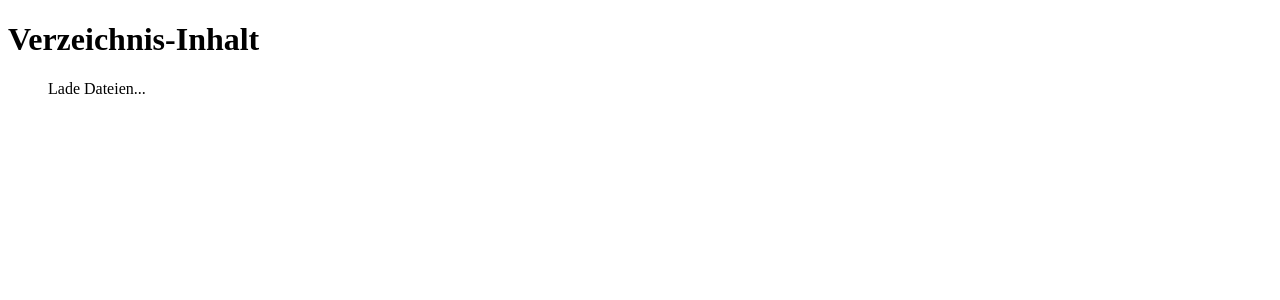
Repository: h-fahle/h-fahle.github.io
Page: geschichte/index.html
These files come from the project's save history. The page is drawn as it stood at one moment and after the next save; the edit follows.
The browser window is 1280 px wide. The pictures show the whole page.
The page's requests for data from a server got no answer.

Above is the page before, as saved 2026-05-23 17:19:58.

After the next save:
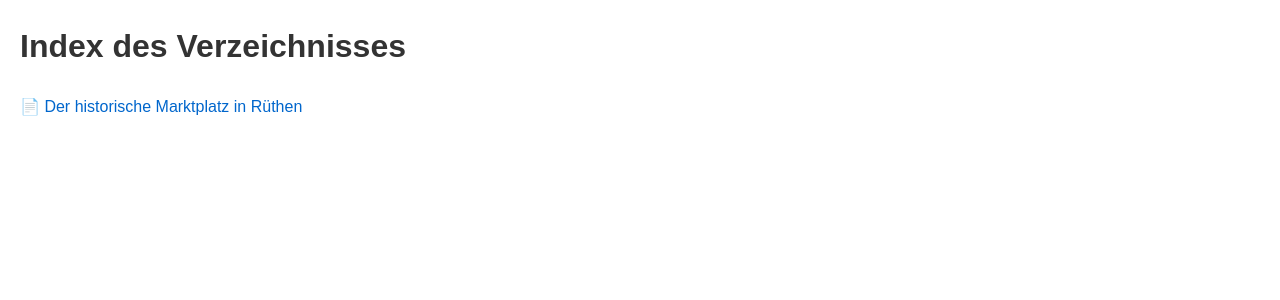
Saved 2 min 49 s later.
--- a/geschichte/index.html
+++ b/geschichte/index.html
@@ -1,44 +1,22 @@
 <!DOCTYPE html>
 <html lang="de">
-
 <head>
     <meta charset="UTF-8">
-    <title>Dokumenten-Übersicht</title>
+    <meta name="viewport" content="width=device-width, initial-scale=1.0">
+    <title>Beiträge zur Rüthener Geschichte</title>
+    <style>
+        body { font-family: Arial, sans-serif; line-height: 1.6; margin: 20px; }
+        h1 { color: #333; }
+        ul { list-style-type: none; padding: 0; }
+        li { margin-bottom: 10px; }
+        a { text-decoration: none; color: #0066cc; }
+        a:hover { text-decoration: underline; }
+    </style>
 </head>
-
 <body>
-    <h1>Verzeichnis-Inhalt</h1>
-    <ul id="dateiliste">Lade Dateien...</ul>
-
-    <script>
-        const user = 'h-fahle';
-        const repo = 'h-fahle.github.io';
-        const pfad = 'DOKUMENTEN_ORDNER'; // Hier Ihren echten Ordnernamen eintragen
-
-        // Hier ist der neu angepasste fetch-Befehl:
-        fetch(`https://github.com{user}/${repo}/contents/${pfad}`, {
-            method: 'GET',
-            mode: 'cors',
-            headers: {
-                'Accept': 'application/vnd.github.v3+json'
-            }
-        })
-            // Ab hier bleibt alles genau wie vorher:
-            .then(response => response.json())
-            .then(data => {
-                const liste = document.getElementById('dateiliste');
-                liste.innerHTML = '';
-
-                data.forEach(datei => {
-                    if (datei.type === 'file' && !datei.name.startsWith('.')) {
-                        const li = document.createElement('li');
-                        li.innerHTML = `<a href="${datei.name}">${datei.name}</a>`;
-                        liste.appendChild(li);
-                    }
-                });
-            })
-            .catch(err => console.error('Fehler beim Laden:', err));
-    </script>
+    <h1>Index des Verzeichnisses</h1>
+    <ul>
+        <li><a href="historische_marktplatz_rüthen.pdf">📄 Der historische Marktplatz in Rüthen</a></li>
+    </ul>
 </body>
-
 </html>
